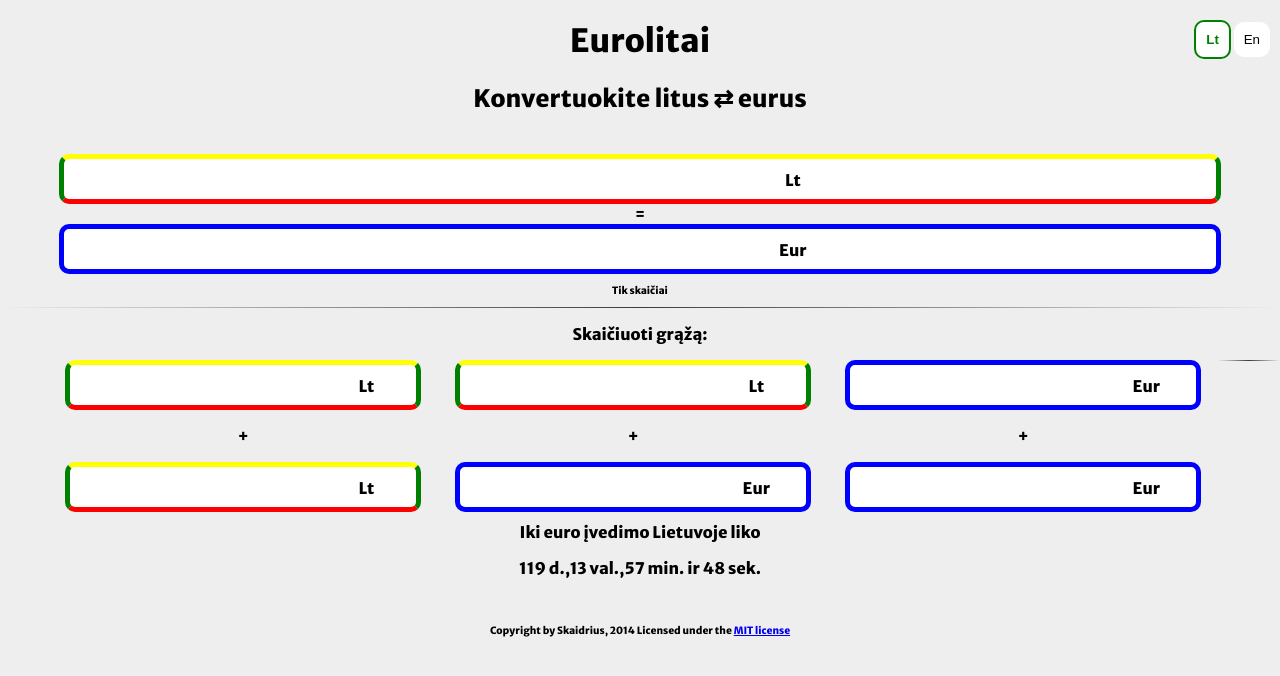
Repository: Skaidrius/eurolitai
Page: index.html
The author's editor kept a record of every edit. The page is drawn from the files as they stood at one moment, then again after the next edit.
The browser window is 1280 px wide. The pictures show the whole page.
Some web libraries are served in a nearby version.

Above is the page before.

### index.html
<!DOCTYPE html>
<html>
  <head>
    <meta charset="utf-8">
    <meta http-equiv="X-UA-Compatible" content="IE=edge,chrome=1">
    <title>Eurolitai</title>
    <meta name="title" content="Eurolitai">
    <meta name="description" content="litų į/iš euro konverteris convert LTL to/from EUR">
    <meta name="viewport" content="width=device-width" scallable="1">
    <link rel="stylesheet" type="text/css" href="style/style.css">

  </head>
  <body class="body">
    <!--calculate LTL <> Eur-->
    <div>
      <h1 class="center">Eurolitai</h1>
        <div class = "languages ">
          <button id="lithuanian" class="button round">Lt</button>
          <button id="english" class="button round">En</button>
        </div>
      <h2 class="center"><span class="lithuanian">Konvertuokite litus &#8644; eurus<br> </span><span class="english">Easy convert LTL &#8644; EUR</span></h2><br>
    </div>
    <form class="form center">
      <!--LT box-->
      <div class="box lt round">
        <input class="input center" type="number" id="lt" name="lt">
        <label class="money" for="lt">Lt</label>
      </div>

      <div>&#61;<div>
      <!--En box-->
      <div class="box eur round">
        <input class="input center" type="number" id="eur" name="eur">
        <label class="money" for="eur">Eur</label>
      </div>

      <div id="error" class="alert">
        <p><span class="lithuanian">Tik skaičiai </span><span class="english"> Only numbers</span></p>
      </div>
    </form>
    <hr>
    <!--calculate change-->
    <div class="change">
      <div>
        <p><span class="lithuanian">Skaičiuoti grąžą: </span><span class="english"> Calculate change:</span></p>
        <div id="changeCalculator">
          <div class="third">
            <div class="box lt round">
              <input class="input center" type="number" id="changeLtLt1" name="lt">
              <label class="money" for="lt">Lt</label>
            </div>
            <p>+</p>
            <div class="box lt round">
              <input class="input center" type="number" id="changeLtLt2" name="lt">
              <label class="money" for="lt">Lt</label>
            </div>
          </div>
          <div class="third">
            <div class="box lt round">
              <input class="input center" type="number" id="changeLt" name="lt">
              <label class="money" for="lt">Lt</label>
            </div>
            <p>+</p>
            <div class="box eur round">
              <input class="input center" type="number" id="changeEur" name="eur">
              <label class="money" for="eur">Eur</label>
            </div>
          </div>
          <div class="third">
            <div class="box eur round">
              <input class="input center" type="number" id="changeEurEur1" name="eur">
              <label class="money" for="eur">Eur</label>
            </div>
            <p>+</p>
            <div class="box eur round">
              <input class="input center" type="number" id="changeEurEur2" name="eur">
              <label class="money" for="eur">Eur</label>
            </div>
          </div>
        </div>
      </div>
    </div>
      <!--explain change-->
    <div>
      <div id="explain"></div>
    </div>
    <hr>

    <!--countdown 'till 2015-01-01-->
    <div class = "center">
      <p><span class="english center">Until Euro in Lithuania </span>
      <span class="lithuanian center">Iki euro įvedimo Lietuvoje liko </span></p>
    </div>
		<!--<div id="countdown"></div>-->

		<p id="note"></p>

      <div class="left">
        <span class="english center">left.</span>
      </div>
    <script type="text/javascript" src="https://code.jquery.com/jquery-1.11.1.min.js"></script>
    <script type="text/javascript" src="script/main.js"></script>
    <script type="text/javascript" src="script/script.js"></script>
    <script type="text/javascript" src="script/countdown.js"></script>
  </body>
  <footer class="down center">Copyright by Skaidrius, 2014 Licensed under the <a href="http://opensource.org/licenses/MIT">MIT license</a></footer>
</html>

### style/style.css
@import url(http://fonts.googleapis.com/css?family=Merriweather+Sans:400,800&subset=latin,latin-ext);

/*body*/
.body {
  width:100%;
  margin: 0 auto;
  font: bold 16px 'Merriweather Sans', sans-serif;
  background: #eee;
  overflow-x: none;
}

#countDownBlock {
  padding: 10px;
}

.button {   padding: 10px;
  background: white;
  border: 3px #000;
}

.center {
  text-align: center;
  clear: both;
}

.box {
  text-align: center;
  background: white;
  margin: 0 auto;
  position: relative;
  max-width: 90%;
}

.input {
  display: inline-block;
  max-width: 65%;
  padding: 8px 12px;
  margin: 0;
  font-size: 1.3em;
  font-weight: bold;
  border: 0;
  position: relative;
  outline: 0;
  color: #53f;
}

.round {   border-radius: 10px; }

.active {
  border: 2px solid green;
  background: white;
  color: green;
  font-weight: bold;
}

.lt {
  border-top: 5px solid yellow;
  border-left: 5px solid green;
  border-right: 5px solid green;
  border-bottom: 5px solid red;
}

.eur {
  border: 5px solid blue;
  margin-bottom: 10px;
}

.money {
  padding-right: 5px;
}

.input::-webkit-outer-spin-button,
.input::-webkit-inner-spin-button {
    /* display: none; <- Crashes Chrome on hover */
    -webkit-appearance: none;
    margin: 0; /* <-- Apparently some margin are still there even though it's hidden */
}

.error {
  display: inline-block;
  font-size: 1em;
  font-weight: bold;
  padding: 10px;
  margin: 0 auto;
  margin-bottom: 1em;
  color: white;
  background-color: red;
}

.visible {  visibility: visible; }

.hidden { display: none; }

.languages {
  position: absolute;
  right: 10px;
  top: 20px;
}

.alert {   font-size: 10px; }

#countdown {
  margin: 10px auto;
}

.countdownHolder{
  padding-top: 10px;
	margin:0 auto;
	font: 24px/1.5 'Open Sans Condensed',sans-serif;
	text-align:center;
	letter-spacing:-3px;
}

.position{
	display: inline-block;
	height: 1.6em;
	overflow: hidden;
	position: relative;
	width: 1.05em;
}

.digit{
	position:absolute;
	display:block;
	width:1em;
	background-color:#eee;
	border-radius:0.2em;
	text-align:center;
	color:#444;
	letter-spacing:-1px;
}

.digit.static{
	box-shadow:1px 1px 1px rgba(4, 4, 4, 0.35);

	background-image: linear-gradient(bottom, #3A3A3A 50%, #444444 50%);
	background-image: -o-linear-gradient(bottom, #3A3A3A 50%, #444444 50%);
	background-image: -moz-linear-gradient(bottom, #3A3A3A 50%, #444444 50%);
	background-image: -webkit-linear-gradient(bottom, #3A3A3A 50%, #444444 50%);
	background-image: -ms-linear-gradient(bottom, #3A3A3A 50%, #444444 50%);

	background-image: -webkit-gradient(
		linear,
		left bottom,
		left top,
		color-stop(0.8, #eee),
		color-stop(0.5, #fff)
	);
}

/**
 * You can use these classes to hide parts
 * of the countdown that you don't need.
 */

.countDiv{
	display:inline-block;
	width:16px;
	height:1.6em;
	position:relative;
}

.countDiv:before,
.countDiv:after{
	position:absolute;
	width:5px;
	height:5px;
	background-color:#444;
	border-radius:50%;
	left:50%;
	margin-left:-3px;
	top:0.5em;
	box-shadow:1px 1px 1px rgba(4, 4, 4, 0.5);
	content:'';
}

.countDiv:after{
	top:0.9em;
}

.popular {
  display: inline-block;
}

.popular ul {
  margin-top: 0;
  padding: 0 10px;
  float: left;
  font-size: 0.7em;
  font: sans-serif;
}
.popular ul li{
  list-style: none;
}

hr {
    /* http://css-tricks.com/examples/hrs/ */
    border: 0;
    height: 1px;
    background-image: -webkit-linear-gradient(left, rgba(0,0,0,0), rgba(0,0,0,0.75), rgba(0,0,0,0));
    background-image:    -moz-linear-gradient(left, rgba(0,0,0,0), rgba(0,0,0,0.75), rgba(0,0,0,0));
    background-image:     -ms-linear-gradient(left, rgba(0,0,0,0), rgba(0,0,0,0.75), rgba(0,0,0,0));
    background-image:      -o-linear-gradient(left, rgba(0,0,0,0), rgba(0,0,0,0.75), rgba(0,0,0,0));
}
#showChange {
  margin-bottom: 10px;
}


.down {
  font-size: 10px;
  padding: 30px 0 10px 0;
}

.third:first-child{
  padding-left: 4%;
}

.changeCalculator {
  width: 100%;
}
.changeCalculator:after{
  content: '';
  display:table;
  clear: both;
}

.third {
  width: 30%;
  padding: 0 3px;
  float: left;
}

### script/main.js
(function($) {

  var ltInp = $('#lt'),
      eurInp = $('#eur'),
      changeLtLt1Inp = $('#changeLtLt1'),
      changeLtLt2Inp = $('#changeLtLt2'),
      changeLtInp = $('#changeLt'),
      changeEurInp = $('#changeEur'),
      changeEurEur1Inp = $('#changeEurEur1'),
      changeEurEur2Inp = $('#changeEurEur2'),
      lithuanianInp = $("#lithuanian"),
      englishInp = $("#english"),
      error = $('#error');

  // initialisation
  $(".english").addClass("hidden");
  lithuanianInp.addClass("active");

  //change language
  lithuanianInp.click(function(){
    $(this).addClass("active");
    englishInp.removeClass("active");
    $(".english").hide();
    $(".lithuanian").show();
  });
  englishInp.click(function(){
    $(this).addClass("active");
    lithuanianInp.removeClass("active");
    $(".lithuanian").hide();
    $(".english").show();
  });

  var show = function(){
    $(this).removeClass("hidden").addClass("visible");
  };

  var hide = function(){
    $(this).removeClass("visible").addClass("hidden");
  };

  // convert currency functions
  var toEur = function(lt){
    var eur;
    eur = (lt / 3.4528).toFixed(2);
    return eur;
  };

  var toLt = function(eur){
    var lt;
    lt = (eur * 3.4528).toFixed(2);
    return lt;
  };

  //convert currencies
  ltInp.keyup(function () {
    var lt = $(this).val(),
        eur = toEur(lt);
    if ($.isNumeric(lt)) {
      hideError();
      eurInp.val(eur).toString().replace(".", ",");
      showNumbers();
    } else {
      showError();
    }
  });

  eurInp.keyup(function () {
    var eur = $(this).val(),
        lt = toLt(eur);
    if ($.isNumeric(eur)) {
      hideError();
      ltInp.val(lt).toString().replace(".", ",");
      showNumbers();
    } else {
      showError();
    }
  });

  var hideError = function(){
    error.addClass("hidden");
    clear();
  };
  var showError = function() {
    error.removeClass("hidden").addClass("error");
  };

  //clearing functions
  var clear = function(){
    changeLtLt1Inp.val('');
    changeLtLt2Inp.val('');
    changeLtInp.val('');
    changeEurInp.val('');
    changeEurEur1Inp.val('');
    changeEurEur2Inp.val('');
  };
  var clear1 = function(){
    changeLtInp.val('');
    changeEurInp.val('');
    changeEurEur1Inp.val('');
    changeEurEur2Inp.val('');
  };
  var clear2 = function(){
    changeLtLt1Inp.val('');
    changeLtLt2Inp.val('');
    changeEurEur1Inp.val('');
    changeEurEur2Inp.val('');
  };
  var clear3 = function(){
    changeLtLt1Inp.val('');
    changeLtLt2Inp.val('');
    changeLtInp.val('');
    changeEurInp.val('');
  };

  // currency change calculator
  // first conversion LTL(EUR)=LTL+LTL
  changeLtLt1Inp.keyup(function () {
    clear1();
    var change,
        lt = $(this).val();
    change =  (ltInp.val() - lt).toFixed(2);
    changeLtLt2Inp.val(change).toString().replace(".", ",");
    showNumbers();
  });

  changeLtLt2Inp.keyup(function () {
    clear1();
    var change,
        lt = $(this).val();
    change = (ltInp.val() - lt).toFixed(2);
    changeLtLt1Inp.val(change).toString().replace(".", ",");
    showNumbers();
  });

  // second conversion LTL(EUR)=LTL+EUR
  changeLtInp.keyup(function () {
    clear2();
    var change,
        lt = $(this).val();
    change =  toEur(ltInp.val() - lt);
    changeEurInp.val(change).toString().replace(".", ",");
    showNumbers();
  });

  changeEurInp.keyup(function () {
    clear2();
    var change,
        eur = $(this).val();
    change = toLt(eurInp.val() - eur);
    changeLtInp.val(change).toString().replace(".", ",");
    showNumbers();
  });

  // third conversion LTL(EUR)=EUR+EUR
  changeEurEur1Inp.keyup(function () {
    clear3();
    var change,
        eur = $(this).val();
    change = (eurInp.val() - eur).toFixed(2);
    changeEurEur2Inp.val(change).toString().replace(".", ",");
    showNumbers();
  });

  changeEurEur2Inp.keyup(function () {
    clear3();
    var change,
        eur = $(this).val();
    change = (eurInp.val() - eur).toFixed(2);
    changeEurEur1Inp.val(change).toString().replace(".", ",");
    showNumbers();
  });

  // show calculation
  var showNumbers = function(){
    var explain = $('#explain'),
        lts = ltInp.val().toString().replace(".", ","),
        eurs = eurInp.val().toString().replace(".", ","),
        changeLtLt1 = changeLtLt1Inp.val().toString().replace(".", ","),
        changeLtLt2 = changeLtLt2Inp.val().toString().replace(".", ","),
        changeEurs = changeEurInp.val().toString().replace(".", ","),
        changeLts = changeLtInp.val().toString().replace(".", ","),
        changeEurEur1 = changeEurEur1Inp.val().toString().replace(".", ","),
        changeEurEur2 = changeEurEur2Inp.val().toString().replace(".", ","),
        calculationText;
    if (changeLtLt1 !=="" && changeLtLt2 !=="") {
      calculationText = "<p>" + lts +" Lt (" + eurs + " Eur) = " + changeLtLt1 +" Lt + " + changeLtLt2 + " Lt" + "</p>";
    } else if (changeEurs !=="" && changeLts !=="") {
      calculationText = "<p>" + lts +" Lt (" + eurs + " Eur) = " + changeLts +" Lt + " + changeEurs + " Eur" + "</p>";
    } else if (changeEurEur1 !=="" && changeEurEur2!=="" ) {
      calculationText = "<p>" + lts +" Lt (" + eurs + " Eur) = " + changeEurEur1 +" Eur + " + changeEurEur2 + " Eur" + "</p>";
    } else {
      calculationText = "<p>" + lts +" Lt (" + eurs + " Eur) " + "</p>";
    }
    explain.html(calculationText);
  };

}) (jQuery);

### script/script.js
/**
 * @name		jQuery Countdown Plugin
 * @author		Martin Angelov
 * @version 	1.0
 * @url			http://tutorialzine.com/2011/12/countdown-jquery/
 * @license		MIT License
 */

$(function(){

	var note = $('#note'),
		ts = new Date(2015, 0, 1);


	if((new Date()) > ts){
		// Notice the *1000 at the end - time must be in milliseconds
		ts = (new Date()).getTime();
	}

	$('#countdown').countdown({
		timestamp	: ts,
		callback	: function(days, hours, minutes, seconds){

			var message = "";
				if ($('#english').hasClass("active")){
				message += days + " day" + ( days==1 ? '':'s' );
				message += hours + " hour" + ( hours==1 ? '':'s' );
				message += minutes + " minute" + ( minutes==1 ? '':'s' ) + " and ";
				message += seconds + " second" + ( seconds==1 ? '':'s' ) ;
				} else {
				message += days + " d.,";
				message += hours + " val.,";
				message += minutes + " min." + " ir ";
				message += seconds + " sek.";
				}

			note.html(message);
		}
	});

});

### script/countdown.js
/**
 * @name		jQuery Countdown Plugin
 * @author		Martin Angelov
 * @version 	1.0
 * @url			http://tutorialzine.com/2011/12/countdown-jquery/
 * @license		MIT License
 */

(function($){
	// Number of seconds in every time division
	var days	= 24*60*60,
		hours	= 60*60,
		minutes	= 60;

	// Creating the plugin
	$.fn.countdown = function(prop){
		var options = $.extend({
			callback	: function(){},
			timestamp	: 0
		},prop);

		var left, d, h, m, s, positions;

		// Initialize the plugin
		init(this, options);

		positions = this.find('.position');

		(function tick(){

			// Time left
			left = Math.floor((options.timestamp - (new Date())) / 1000);

			if(left < 0){
				left = 0;
			}

			// Number of days left
			d = Math.floor(left / days);

			updateDuoDays(0, 1, d);
			left -= d*days;

			// Number of hours left
			h = Math.floor(left / hours);
			updateDuo(2, 3, h);
			left -= h*hours;

			// Number of minutes left
			m = Math.floor(left / minutes);
			updateDuo(4, 5, m);
			left -= m*minutes;

			// Number of seconds left
			s = left;
			updateDuo(6, 7, s);

			// Calling an optional user supplied callback
			options.callback(d, h, m, s);

			// Scheduling another call of this function in 1s
			setTimeout(tick, 1000);
		})();

		// This function updates two digit positions at once
		function updateDuo(minor,major,value){
			switchDigit(positions.eq(minor),Math.floor(value/10)%10);
			switchDigit(positions.eq(major),value%10);
		}
		function updateDuoDays(minor, major,value){
			switchDigit(positions.eq(minor),Math.floor(value/10)%10);
			switchDigit(positions.eq(major),value%10);
		}


		return this;
	};


	function init(elem, options){
		elem.addClass('countdownHolder');

		// Creating the markup inside the container
		$.each(['Hours','Days','Minutes','Seconds'],function(i){
			$('<span class="count'+this+'">').html(
				'<span class="position">\
					<span class="digit static">0</span>\
				</span>\
				<span class="position">\
					<span class="digit static">0</span>\
				</span>'
			).appendTo(elem);

			if(this!="Seconds"){
				elem.append('<span class="countDiv countDiv'+i+'"></span>');
			}
		});

	}

	// Creates an animated transition between the two numbers
	function switchDigit(position,number){

		var digit = position.find('.digit')

		if(digit.is(':animated')){
			return false;
		}

		if(position.data('digit') == number){
			// We are already showing this number
			return false;
		}

		position.data('digit', number);

		var replacement = $('<span>',{
			'class':'digit',
			css:{
				top:'-2.1em',
				opacity:0
			},
			html:number
		});

		// The .static class is added when the animation
		// completes. This makes it run smoother.

		digit
			.before(replacement)
			.removeClass('static')
			.animate({top:'2.5em',opacity:0},'fast',function(){
				digit.remove();
			})

		replacement
			.delay(100)
			.animate({top:0,opacity:1},'fast',function(){
				replacement.addClass('static');
			});
	}
})(jQuery);

After the next edit:
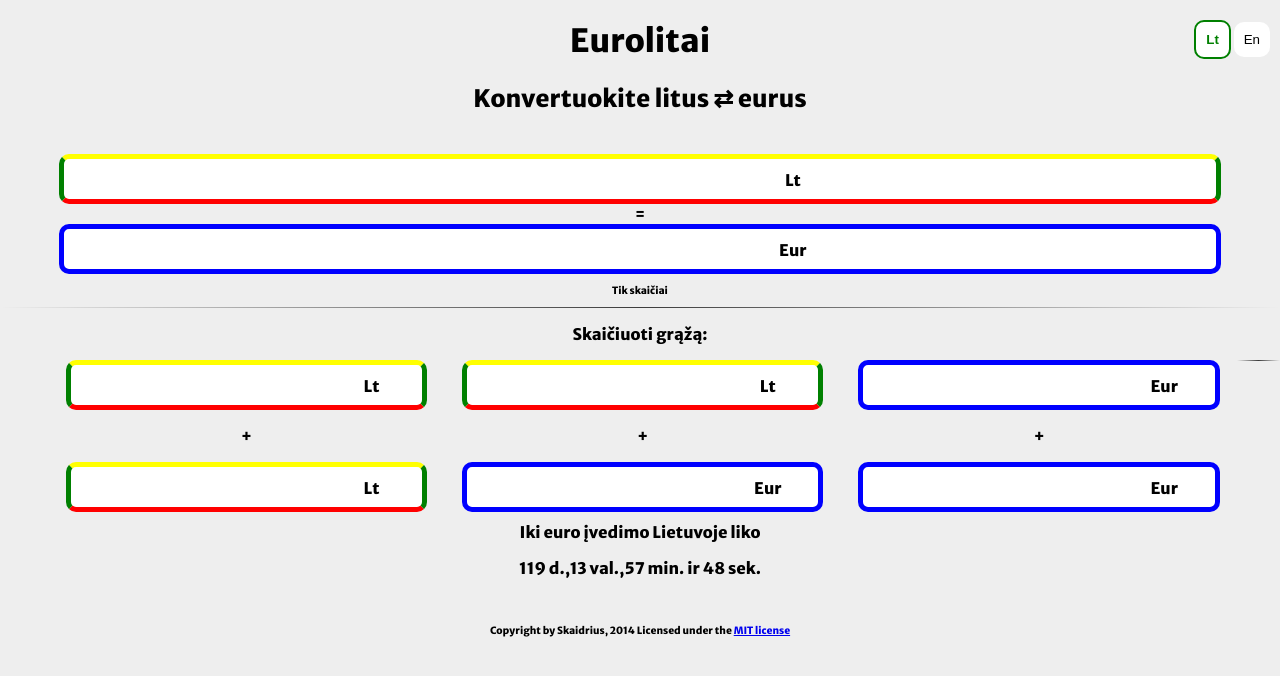
The edit:
--- a/style/style.css
+++ b/style/style.css
@@ -226,7 +226,7 @@
 }
 
 .third {
-  width: 30%;
+  width: 30.5%;
   padding: 0 3px;
   float: left;
 }
